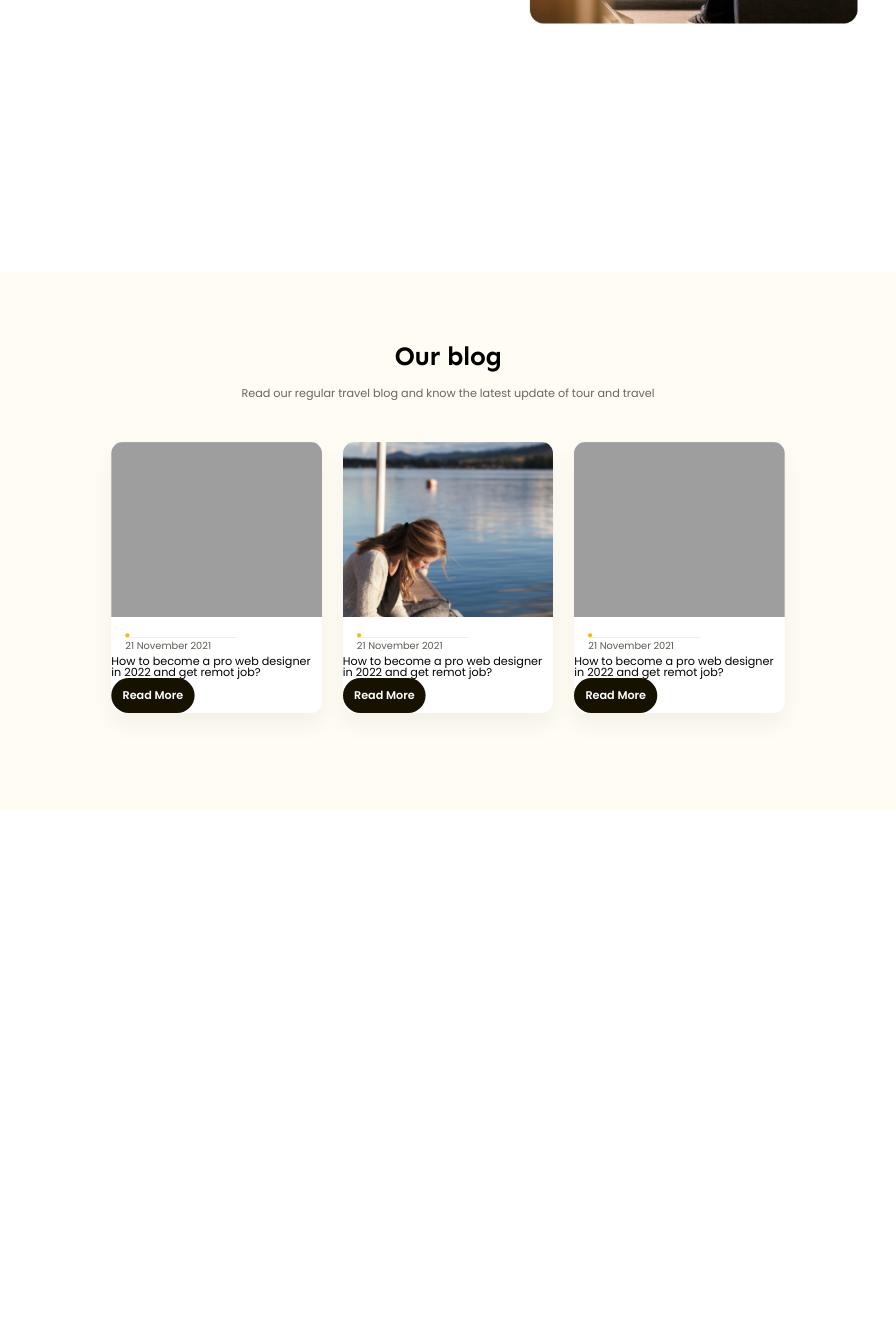
Repository: Toihoclaptrinh/duan1_figma
Page: index.html
An editor plug-in stored every save of this project. The page is shown before and after the next save, followed by the edit.
The browser window is 1280 px wide. The pictures show the part of the page from y = 3592 to 5512 px (the page is 10000 px tall), at 70% of full size.
Pictures or frames that could not be fetched are drawn as grey boxes.

Above is the page before, as saved 2024-02-17 03:48:10.

After the next save:
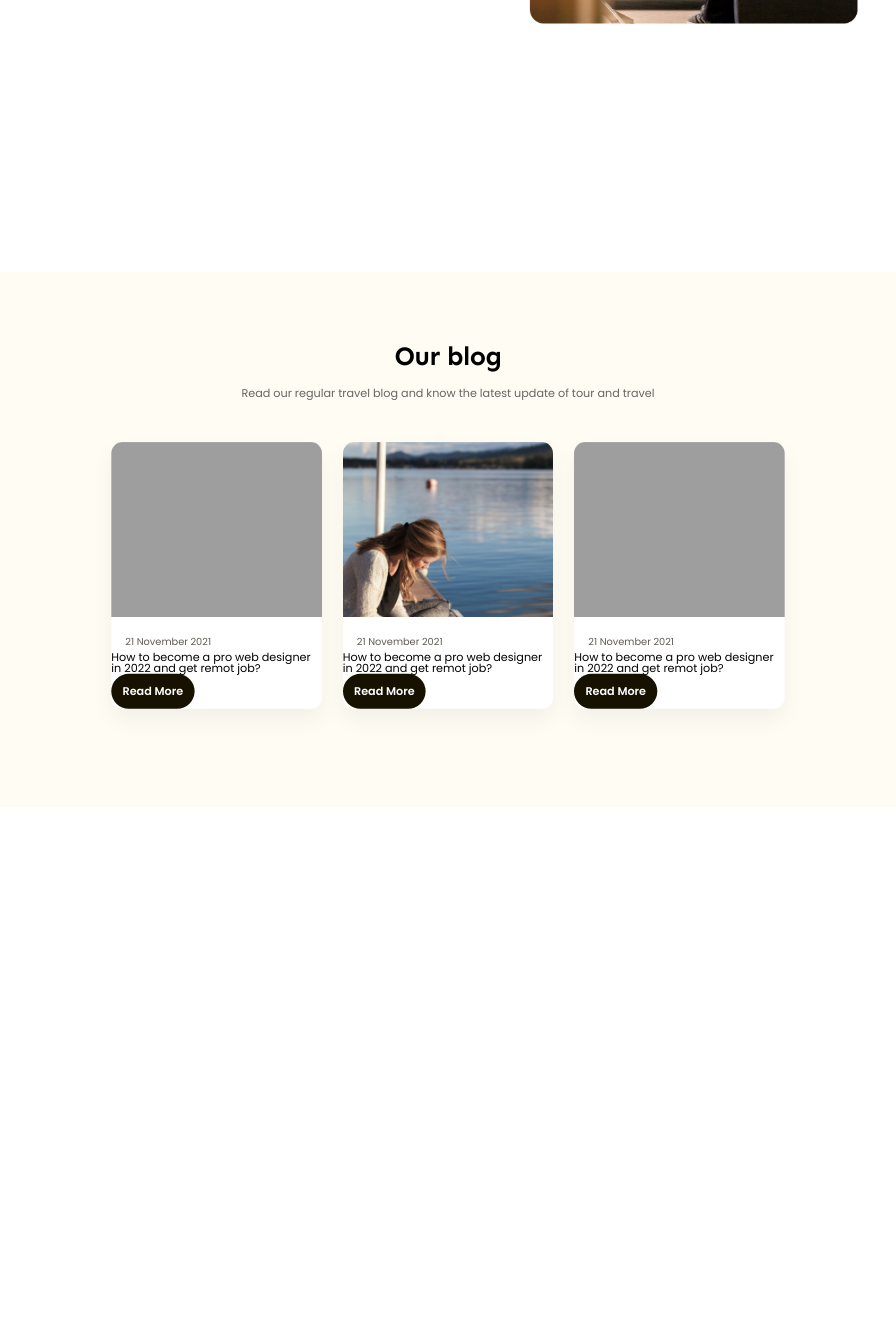
Saved 18 s later.
--- a/assets/css/style.css
+++ b/assets/css/style.css
@@ -648,7 +648,7 @@ a {
   position: relative;
 }
 
-.blog-item .blog-content .date::before {
+/* .blog-item .blog-content .date::before {
   content: "";
   display: block;
   width: 6px;
@@ -668,6 +668,6 @@ a {
   border-radius: 0.5px;
   background: #e2dfda;
   bottom: 25px;
-}
+} */
 .blog-item .blog-content .title {
 }
